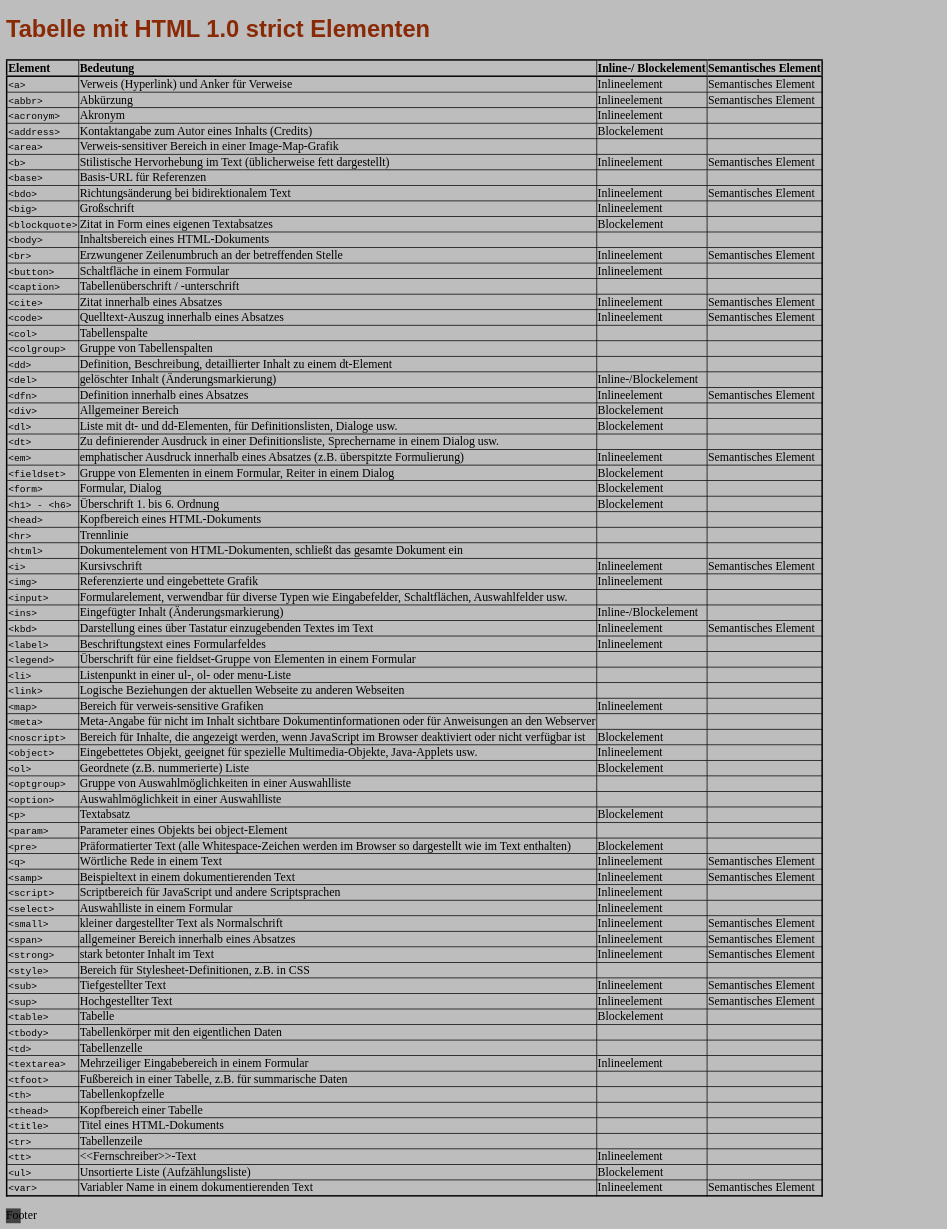
Repository: pLurchi/MyWebengineeringRepo
Page: RemoteSystemsTempFiles/HA-Kapitel06/WebContent/index.html
An editor plug-in stored every save of this project. The page is shown before and after the next save, followed by the edit.
The browser window is 1280 px wide. The pictures show the whole page, at 74% of full size.

Above is the page before, as saved 2013-11-30 10:10:22.

After the next save:
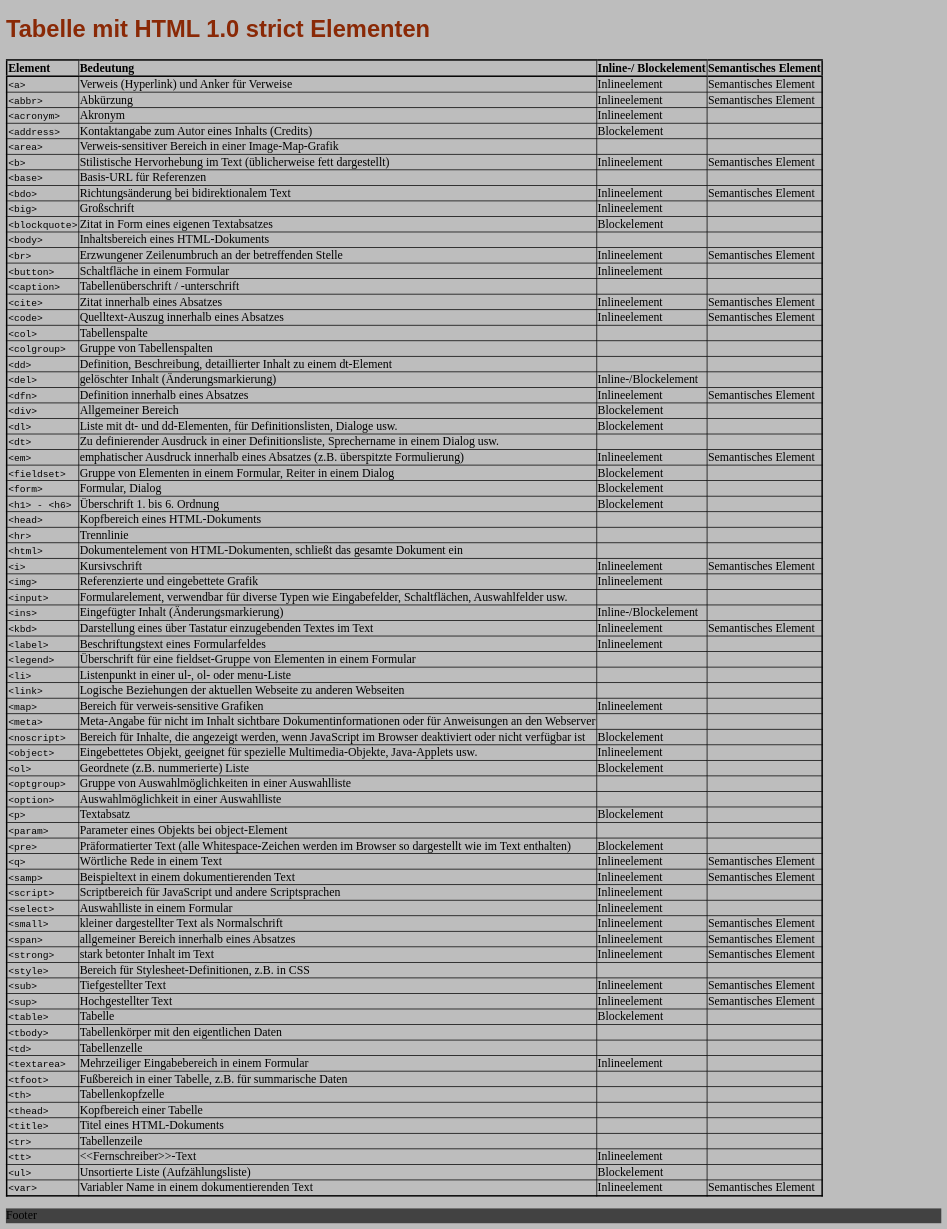
Saved 12 s later.
--- a/RemoteSystemsTempFiles/HA-Kapitel06/WebContent/CSS/stylesheet.css
+++ b/RemoteSystemsTempFiles/HA-Kapitel06/WebContent/CSS/stylesheet.css
@@ -25,7 +25,6 @@ body {
 	display:block;
 	clear:both;
 	height: 20px;
-	width:20px;
 	background-color:#424242;
 }
 
